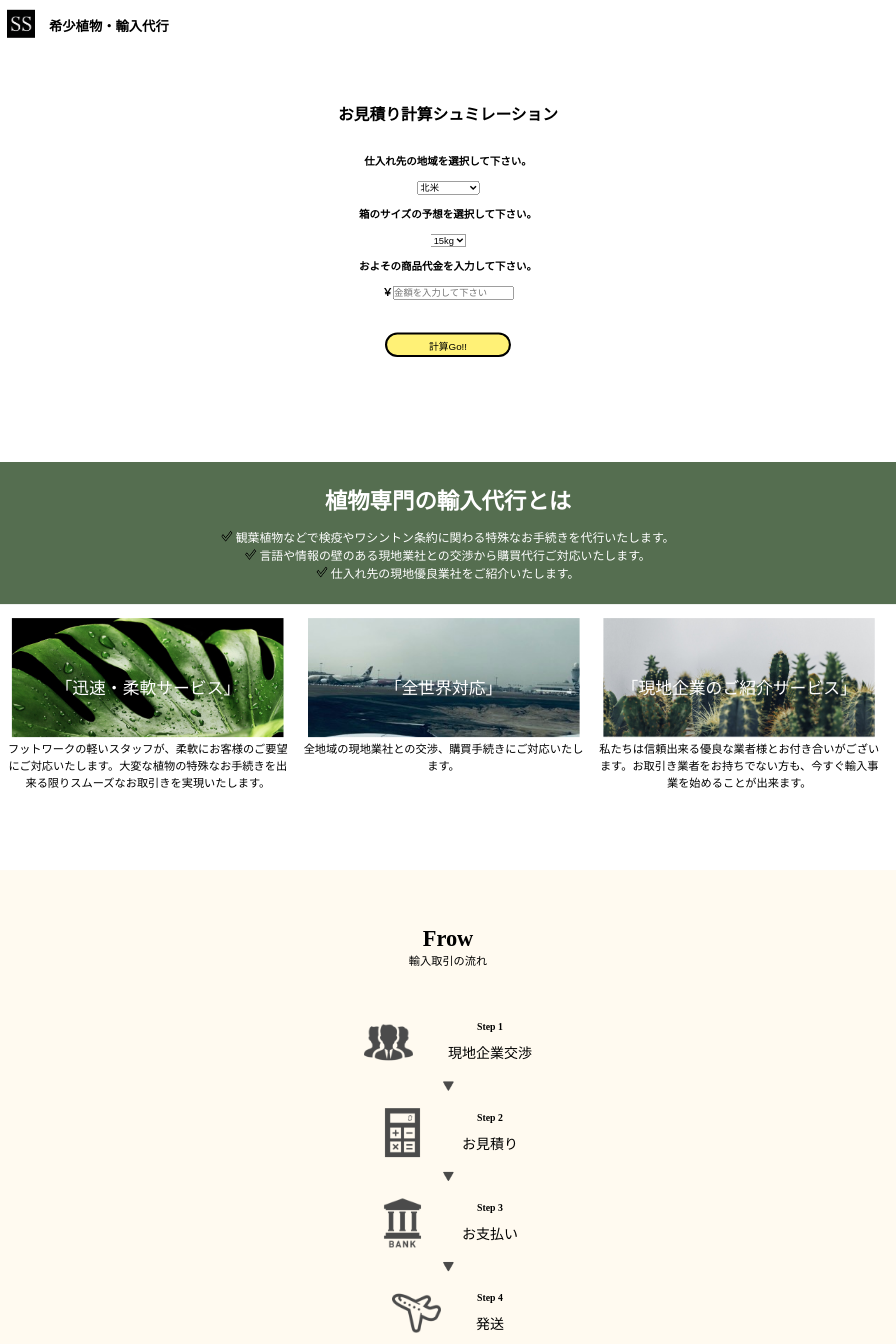
Repository: Seiya00002/seeds-surf-lp
Page: index.html
The author's editor kept a copy of each file at every save. The page is drawn from the files as they stood at one save, then again after the next save.
The browser window is 1280 px wide. The pictures show the part of the page from y = 0 to 1920 px (the page is 4263 px tall), at 70% of full size.

Above is the page before, as saved 2023-07-19 08:21:15.

### index.html
<!DOCTYPE html>
<html lang="ja">
<head>
    <meta charset="UTF-8">
    <meta http-equiv="X-UA-Compatible" content="IE=edge">
    <meta name="viewport" content="width=device-width, initial-scale=1.0">
    <title>輸入代行SEEDS SURF</title>
    <link rel="stylesheet" href="css/style.css">
</head>
<body>
    <header>
        <div class="header_left">
            <img src="img/sslogo.jpg"
                alt="logo"
                width="40"
                height="40"
                class="logo">
            <h1>希少植物・輸入代行</h1>

        </div>
        <!-- <div class="header_right">
            <img src="img/tel_logo.png"
                alt="tel_logo"
                width="35"
                height="35"
                class="tel_logo">
            <div class="header_contact">
                <h2>090-3048-2693</h2>
                <p>（平日9:00 ~ 18:00）</p>
            </div>
        </div> -->
    </header>

    <main>
        <div class="top_wrapper">
            <div class="container">
                <div class="hero_message">
                    <div class="calculation-app">
                        <h2>お見積り計算シュミレーション</h2>

                            <p>仕入れ先の地域を選択して下さい。</p>
                            <form name="form1">
                                <select name="place">
                                    <option value="1.3">北米</option>
                                    <option value="1.2">ヨーロッパ</option>
                                    <option value="1">アジア</option>
                                </select>
                            </form>

                            <p>箱のサイズの予想を選択して下さい。</p>
                            <form name="form2">
                                <select name="box">
                                    <option value="18350">15kg</option>
                                    <option value="13350">10kg</option>
                                    <option value="8150">5kg</option>
                                </select>
                            </form>
                            <p>およその商品代金を入力して下さい。</p>
                            <label>￥</label><input
                            type="text"
                            id="price"
                            value=""
                            placeholder="金額を入力して下さい"
                            maxlength="7"
                            size="19"
                            ></label>

                            <br>
                            <br>
                            <div class="btn-box">
                                <button id="button">計算Go!!</button>
                            </div>
                    </div>
                </div>
            </div>
        </div>


        <!-- 見積り表 -->
    <div id="estimate_table" class="estimate_wrapper">
        <div class="container">
            <h3>予想お見積り表</h3>
            <table align="center" class="estimate">
                <tr>
                    <th>商品代金</th>
                    <td>¥<span id="span2"></span></td>
                </tr>
                <tr>
                    <th>検疫手数料</th>
                    <td>¥<span id="span3"></span></td>
                </tr>
                <tr>
                    <th>送料</th>
                    <td>¥<span id="span4"></span></td>
                </tr>
                <tr>
                    <th>弊社代行手数料</th>
                    <td>¥<span id="span5"></span></td>
                </tr>
                <tr>
                    <th>海外送金手数料</th>
                    <td>¥<span id="span6"></span></td>
                </tr>
                <tr>
                    <th>税金</th>
                    <td>¥<span id="span7"></span></td>
                </tr>
                <tr>
                  <th class="total">合計</th>
                  <th class="total">¥<span id="span1"></span></th>
              </tr>
            </table>
            <h4>詳しくは下記の「Cost」欄をご覧下さい。</h4>
        </div>
    </div>
        <div class="top_message">
            <div class="container">
                <div class="message">
                    <h1>植物専門の輸入代行とは</h1>
                    <p><img class="check" src="./img/check_icon.png"> 観葉植物などで検疫やワシントン条約に関わる特殊なお手続きを代行いたします。
                        <br><img class="check" src="./img/check_icon.png"> 言語や情報の壁のある現地業社との交渉から購買代行ご対応いたします。
                        <br><img class="check" src="./img/check_icon.png"> 仕入れ先の現地優良業社をご紹介いたします。
                    </p>

                </div>
            </div>
        </div>

        <div class="project_wrapper">
            <div class="container">
                <div class="projects">
                    <div class="project">
                        <div class="project_icon">
                            <img src="img/project_imag1.jpg">
                            <h2>「迅速・柔軟サービス」</h2>
                        </div>
                        <p class="text_contents">フットワークの軽いスタッフが、柔軟にお客様のご要望にご対応いたします。大変な植物の特殊なお手続きを出来る限りスムーズなお取引きを実現いたします。</p>

                    </div>
                    <div class="project">
                        <div class="project_icon">
                            <img src="img/pro_airport.jpg">
                            <h2>「全世界対応」</h2>
                        </div>
                        <p class="text_contents">全地域の現地業社との交渉、購買手続きにご対応いたします。</p>

                    </div>
                    <div class="project">
                        <div class="project_icon">
                            <img src="img/project_img3.jpg">
                            <h2>「現地企業のご紹介サービス」</h2>
                        </div>
                        <p class="text_contents">私たちは信頼出来る優良な業者様とお付き合いがございます。お取引き業者をお持ちでない方も、今すぐ輸入事業を始めることが出来ます。</p>
                    </div>
                        <div class="clear"></div>

                </div>
            </div>
        </div>
        <div class="service_wrapper">
            <div class="container">
                <div class="service_heading">
                    <h1>Frow</h1>
                    <p>輸入取引の流れ</p>
                </div>
                <div class="step">
                    <img src="img/person_img.png"
                    class="step_icon">
                    <div class="step_cont">
                        <h2>Step 1</h2>
                        <p>現地企業交渉</p>
                    </div>
                </div>
                <img src="img/down_img.png" class="step_icon2">

                <div class="step">
                    <img src="img/cal_img.png"
                    class="step_icon">
                    <div class="step_cont">
                        <h2>Step 2</h2>
                        <p>お見積り</p>
                    </div>
                </div>
                <img src="img/down_img.png" class="step_icon2">

                <div class="step">
                    <img src="img/bank_img.png"
                    class="step_icon">
                    <div class="step_cont">
                        <h2>Step 3</h2>
                        <p>お支払い</p>
                    </div>
                </div>
                <img src="img/down_img.png" class="step_icon2">
                <div class="step">
                    <img src="img/airp_imag.png"
                    class="step_icon">
                    <div class="step_cont">
                        <h2>Step 4</h2>
                        <p>発送</p>
                    </div>
                </div>
                <img src="img/down_img.png" class="step_icon2">
                <div class="step">
                    <img src="img/drivery_img.png"
                    class="step_icon">
                    <div class="step_cont">
                        <h2>Step 5</h2>
                        <p>お受取り</p>
                    </div>
                </div>
            </div>
        </div>

        <!-- スライドショー -->
        <div class="slide_wrapper">
            <div id="slide" class="slideshow">
                <p class="disc">SEEDS SURF</p>
                <a class="arrow next" id="right" href="#"></a>
                <a class="arrow back" id="left" href="#"></a>
            </div>
        </div>

        <div class="cost_wrapper">
            <div class="container">
                <div class="cost_heading">
                    <h1>Cost</h1>
                    <p>料金について</p>
                </div>
                <div class="cost_cont">
                    <div class="list01">
                        <p>商品代金</p>
                    </div>
                    <div class="list01">
                        <p>検疫手数料</p>
                    </div>
                    <div class="list01">
                        <p>輸送費用</p>
                    </div>
                    <div class="list02">
                        <p>税金</p>
                    </div>
                    <div class="list02">
                        <p>振込手数料</p>
                    </div>
                    <div class="list02">
                        <p>輸入代行手数料</p>
                    </div>
                    <!-- <div class="clear"></div> -->
                </div>
                <div class="cost_message">
                    <h1>総額を確認してから、ご依頼をお決めいただけます。</h1>
                    <p>SEEDS SURFでの過去の取引よりお見積り例をご案内できますので、まずはお気軽にご相談下さい。</p>
                </div>
            </div>
        </div>
        <div class="contact_wrapper">
            <div class="container">
                <h1>ご不明な点はありますか？</h1>
                <p>些細なことでも構いません。まずはお問い合わせください。</p>
                <a href="https://seeds-surf.com/%e3%81%8a%e5%95%8f%e3%81%84%e5%90%88%e3%82%8f%e3%81%9b/" class="btn contact">お問い合わせはこちら</a>
                <!-- <h2>TEL : 090-3048-2693</h2> -->
                <!-- <p>メールフォームよりお問い合わせ下さい。<br>営業時間：平日10：00〜19：00</p> -->
            </div>
        </div>
        <div class="company_wrapper">
            <div class="container">
                <h1>Company</h1>
                <p>会社概要</p>
                <table align="center" class="company">
                    <tr>
                        <th>会社名</th>
                        <td>SEEDS SURF（シーズサーフ）</td>
                    </tr>
                    <tr>
                        <th>所在地</th>
                        <td>〒156-0055 東京都世田谷区船橋2-5-7-211</td>
                    </tr>
                    <tr>
                        <th>電話番号</th>
                        <td>090-3048-2693</td>
                    </tr>
                    <tr>
                        <th>代表者</th>
                        <td>松本　聖矢</td>
                    </tr>
                    <tr>
                        <th>設立</th>
                        <td>2019年3月</td>
                    </tr>
                </table>
            </div>
        </div>


    </main>

    <footer>
        <div class="container">
                <img src="img/sslogo.jpg"
                    alt="logo"
                    width="40"
                    height="40"
                    class="logo">
                <h1>SEEDS SURF</h1>
                <p>〒156-0055 東京都世田谷区船橋2-5-7-211</p>
                <hr color="gray">
                <small>(c) SEEDS SURF All right reserved</small>
        </div>
    </footer>

    <script src="./app.js"></script>
</body>
</html>

### css/style.css
/* all */
*{
    box-sizing: border-box;
    margin: 0;
    padding: 0;
}

h1 {
    font-family: 'Times New Roman', Times, serif;

}

h2 ,h3 ,p {
    font-family: 'Hiragino Sans';

}
/* header */

header {
    height: 70px;
    display: flex;
    align-items: center;
    position: absolute;
}

.header_left {
    display: flex;
}

.header_right {
    display: flex;
    margin: 0 0 0 auto;
}

.logo {
    margin: 10px 10px;
}

.tel_logo {
    margin: 20px 10px;
}

header h1 {
    font-size: 19px;
    padding: 18px 10px;
}

header h2 {
    font-size: 21px;
    padding: 15px 10px 0 0;
}

header p {
    padding-bottom: 10px;
}
.container {
    text-align: center;
    width: 100%;
}

/* main */

/* top */
.top_wrapper {
    color: white;
    background-size: cover;
    width: 100%;
    height: auto;
}

.hero_message {
    background-image: url(../img/cream-spike.jpg);

    font-size: 15px;
    color: black;
    height: 660px;
    min-width:100%;
    font-weight: bold;
    display: flex;
    justify-content: center;
    align-items: center;
    line-height: 2.5em;
    background: rgb(255, 255, 255);
}
.hero_message h2 {
    padding-bottom: 30px;
}

.top_message {
    background-color: rgb(85, 110, 80);
    color: white;
    padding: 30px 0;
}

.top_message p {
    padding-top: 20px;
    font-size: 17px;
    line-height: 1.6rem;
}

.check {
    width: 16px;
    height: 16px;
}

/* project_wrapper */
.project_wrapper {
    margin-bottom: 80px;
}

.project {
    float: left;
    width: 33%;
    padding: 20px 10px 20px 10px;
    height: 300px;

}

.project_icon {
    position: relative;

}

.project_icon h2 {
    position: absolute;
    top: 80px;
    width: 100%;
    color: white;
    font-weight: normal;

}

/* 要修正 */

@media (max-width: 1000px) {
    .project {
        width: 50%;
    }
}

@media (max-width: 670px) {
    .project {
        width: 100%;
    }
}

.clear {
    clear: left;
}

/* service_wrapper */
.service_wrapper {
    background-color: #fffaf0;
    padding: 80px 0;
}

.service_heading {
padding-bottom: 50px;
}

.step {
    display: flex;
    justify-content: center;
    align-items: center;
    padding: 20px 0;

}

.step_cont {
    padding-left: 50px;
}

.step_icon {
    width: 70px;
    height: 70px;

}

.step_icon2 {
    width: 15px;
    height: 15px;

}

.step h2 {
    font-size: 14px;
}

.step p {
    font-size: 20px;
    padding-top: 13px;
}

/* cost_wrapper */
.cost_wrapper {
    padding: 80px 0;
}

.cost_cont {
    padding-top: 50px;
    width: 650px;
    margin: 0 auto;
    flex-wrap: wrap;
    display: flex;

}


.list01 {
    background-color: black;
    width: 180px;
    height: 50px;
    color: white;
    margin: 20px 15px;
    justify-content: center;
    padding-top: 12px;

}

.list02 {
    background-color: black;
    width: 180px;
    height: 50px;
    color: white;
    margin: 20px 15px;
    justify-content: center;
    padding-top: 12px;


}

@media (max-width: 670px) {
    .cost_cont h2 {
        width: 50%;
    }
}

/* contact_wrapper */
.contact_wrapper {
    background-image: url(../img/sky&office_img.jpeg);
    padding: 80px 0;
    background-size: cover;
    text-shadow: 6px 6px 10px white, -6px -6px 10px white;
    font-weight: 530;
}


.contact_wrapper p {
    padding:8px 0 35px 0;
}

.btn {
    width: 180px;
    height: 35px;
    padding: 13px;
    font-size: 14px;
    color: black;
    background-color:#fff176;
    border: black solid;
    border-radius: 24px;
    user-select: none;
    cursor: pointer;
    text-decoration: none;
}

.btn:hover {
    opacity: .7;
}

.contact_wrapper h2 {
    padding-top: 35px;
}

/* company_wrapper */
.company_wrapper {
    padding: 80px 0;
    background-color: #fffaf0;

}

.company_wrapper p {
    padding-bottom: 20px;
}

table.company {
    border-collapse: collapse;
    width: 600px;
    background-color: white;
    margin: auto;
}

th, td {
    border: solid 1px #333;
    padding: 20px;
}

.company th,td {
    text-align: left;
}


/* footer */

footer {
    background-color: rgb(85, 110, 80);
    color: black;
    padding-bottom: 10px;

}

footer h1 {
    font-size: 17px;
}

footer p {
    font-size: 12px;
    padding-bottom: 10px;
}
small {
    font-size: 7px;

}


/* slideshow 追加 */
.slide_wrapper{
    max-width: 1200px;
    height: 600px;
    margin: auto;
    text-align: center;
}
/*画像配置*/
.slideshow{
    max-width: 100%;
    height: 100%;
    background-image: url(../img/import-img1.jpg);
    background-repeat: no-repeat;
    background-size: cover;
    background-position: 0% 50%;/*左 中央のよせ*/
}
/*文字*/
.disc{
    margin: auto;
    text-align: center;
    font-size: 3em;
    color: #ffffff;
    font-weight: 800;
    padding-top:5%;
}
/*>*/
.next{
    float: right;
    top: 160px;
    right: 50px;
}
/*<*/
.back{
    float: left;
    top: 160px;
    bottom: 0px;
    left: 30px;
}
/*矢印のデザイン*/
.arrow{
    position: relative;
    display: inline-block;
    padding: 0 0 0 16px;
    color: #000;
    vertical-align: middle;
    text-decoration: none;
    font-size: 15px;
}
.arrow::before,
.arrow::after{
    position: absolute;
    top: 0;
    bottom: 0;
    left: 0;
    margin: auto;
    content: "";
    vertical-align: middle;
}

.next::before{
    left: 0px;
    width: 30px;
    height: 30px;
    border-top: 5px solid rgb(255, 255, 255);
    border-right: 5px solid rgb(255, 255, 255);
    -webkit-transform: rotate(45deg);
    transform: rotate(45deg);
}
.back::before{
    left: 0px;
    width: 30px;
    height: 30px;
    border-bottom: 5px solid rgb(255, 255, 255);
    border-left: 5px solid rgb(255, 255, 255);
    -webkit-transform: rotate(45deg);
    transform: rotate(45deg);
}
/* CSSアニメーションの指定 */
.slideshow{
    transition: background-image 1s ease-in;
}

/* 計算シュミレーション追加 */
.btn-box button {
    width: 180px;
    height: 35px;
    padding: 6px;
    font-size: 14px;
    color: black;
    background-color:#fff176;
    border: black solid;
    border-radius: 24px;
    user-select: none;
    cursor: pointer;
  }

  .btn-box button:hover {
    opacity: .7;
  }


/* 見積り表追加 */
.estimate_wrapper {
    display: none;
    background-color: #fffaf0;
    padding: 40px 0;
}
.estimate_wrapper h3 {
    padding-bottom: 20px;
}
.estimate_wrapper h4 {
    padding-top: 20px;
}

table.estimate {
    border-collapse: collapse;
    width: 450px;
    background-color: white;
    margin: auto;
}

.estimate th{
    padding: 15px 20px;
    text-align: center;
}

.estimate td{
    text-align: center;
}

th.total {
    background: rgb(224, 224, 224);
}

.estimate_wrapper.appear {
    display: block;
    animation: .5s fadeIn;
  }

  @keyframes fadeIn {
    0% {
      opacity: 0;
      transform: translateY(-10px);
    }
    100% {
      opacity: 1;
      transform: none;
    }
  }



/*
@media screen and (max-width:768px) {
  .slide-pic{
    height: 250px;
  }
    .disc{
        padding-top:5%;
    }
    .next{
        top: 30px;
    }
    .back{
        top: 30px;
    }
} */

### app.js
// スライドショー機能
window.onload =
function (){

    let images = [
        'url(./img/import-img1.jpg)',
        'url(./img/import-img2.jpg)',
        'url(./img/import-img3.jpg)'
    ]

    let target = document.querySelector('#slide');
    let right = document.querySelector('#right');
    let left = document.querySelector('#left');

    // 画像カウンター表示
    let count = 0;

    function change(){
        target.style.backgroundImage = images[count];
        if( count == 2){
            count = 0;
        } else {
            count++;
        }
    }

    function goNext(event) {
        event.preventDefault();
        change();
    }

    function goBack(event) {
        event.preventDefault();
        if( count == 0){
            count = 2;
        } else {
            count--;
        } change();
    }

    right.addEventListener( 'click', goNext, false);
    left.addEventListener( 'click', goBack, false);


setInterval(change, 3000);


// 計算シュミレーションapp

let button = document.getElementById("button");
button.onclick = clickBtn1;

function clickBtn1(){

    const place = document.form1.place;
    const box = document.form2.box;
    const price = document.getElementById('price');

    // 値(数値)を取得
    const num = place.selectedIndex;
    const boxnum = box.selectedIndex;
    console.log(boxnum);

    // 値(数値)から値(value値)を取得
    let region = place.options[num].value;
    let boxPrice = box.options[boxnum].value;
    let plantsPriceString = price.value;

    let plantsPrice = parseInt(plantsPriceString, 10); // plantsPriceStringを数値に変換

    const phyto = 10000;
    let argent = plantsPrice * 0.2;
    let boxCalc = boxPrice*region

    let boxPriceValue = parseInt(boxCalc, 10);

    let sendingMoneyNum = (plantsPrice + boxPriceValue) * 0.0073;
    let sendingMoney = Math.round(sendingMoneyNum);
    let tax = plantsPrice * 0.07;

    let taxValue = parseInt(tax, 10);
    let sendingMoneyNumValue = parseInt(sendingMoney, 10);


    let estimateNum = ( region * boxPrice) + (plantsPrice *0.2) + phyto + plantsPrice + sendingMoneyNumValue + taxValue;
    let plantsValue = plantsPrice.toLocaleString();
    let phytoFee = phyto.toLocaleString();
    let boxFee = boxPriceValue.toLocaleString();
    let argentFee = argent.toLocaleString();
    let sendingMoneyFee = sendingMoney.toLocaleString();
    let taxFee = tax.toLocaleString();
    let estimate = estimateNum.toLocaleString();

    document.getElementById("span1").textContent = estimate;
    document.getElementById("span2").textContent = plantsValue;
    document.getElementById("span3").textContent = phytoFee;
    document.getElementById("span4").textContent = boxFee;
    document.getElementById("span5").textContent = argentFee;
    document.getElementById("span6").textContent = sendingMoneyFee;
    document.getElementById("span7").textContent = taxFee;

  }

// 見積り表示切り替え

const btn = document.getElementById('button')
btn.addEventListener('click', () => {
    const estimate_table = document.getElementById('estimate_table');
    const priceForm = document.getElementById('price');

    if(priceForm.value ===''){
        window.alert('金額を入力して下さい。');
    } else {

    estimate_table.classList.toggle('appear');

    }

    if (btn.textContent == "計算Go!!") {
      btn.textContent = "閉じる";
    } else {
      btn.textContent = "計算Go!!";
    }
  });

};

After the next save:
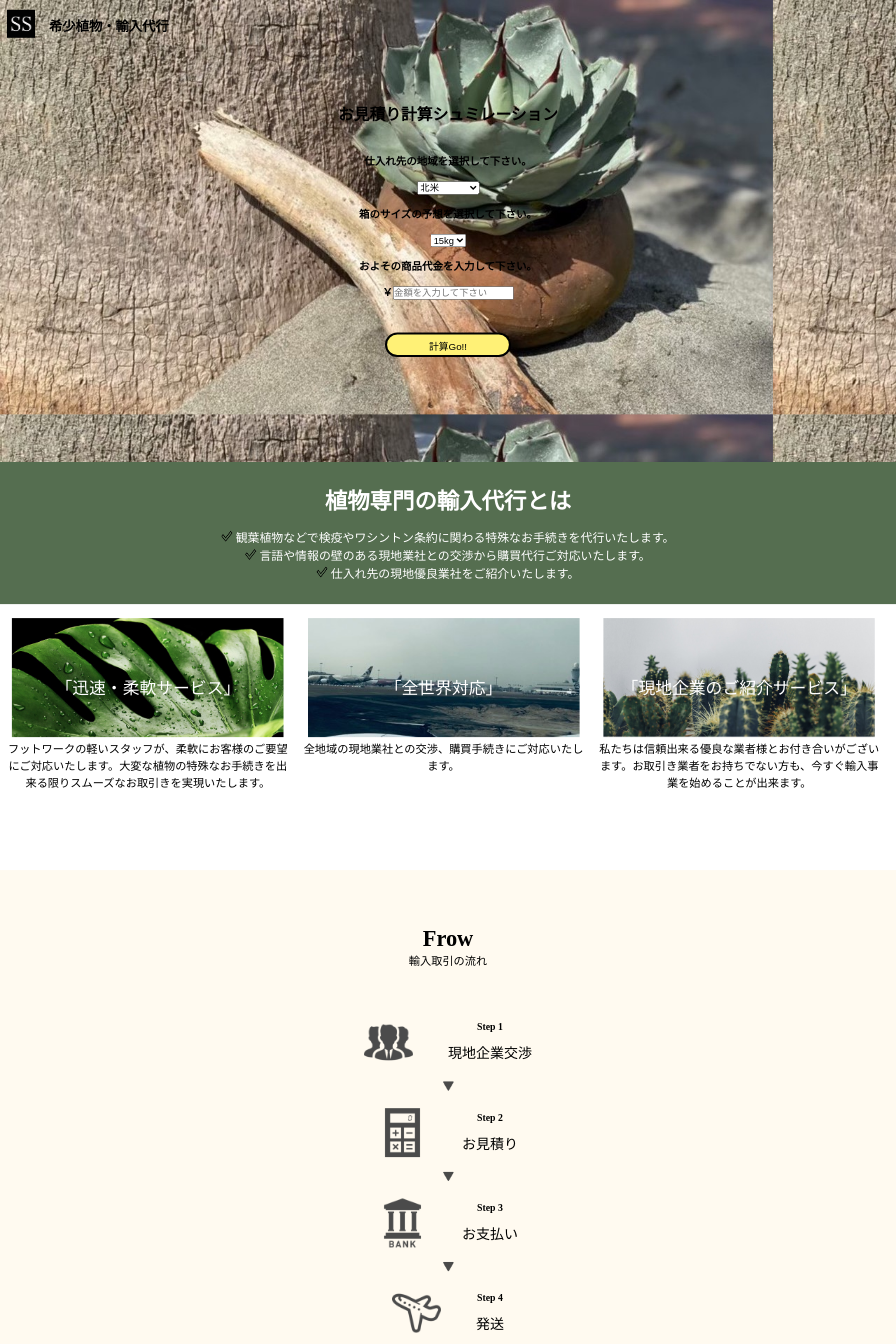
Saved 28 s later.
--- a/css/style.css
+++ b/css/style.css
@@ -80,7 +80,7 @@ header p {
     justify-content: center;
     align-items: center;
     line-height: 2.5em;
-    background: rgb(255, 255, 255);
+    /* background: rgb(255, 255, 255,0.4); */
 }
 .hero_message h2 {
     padding-bottom: 30px;
